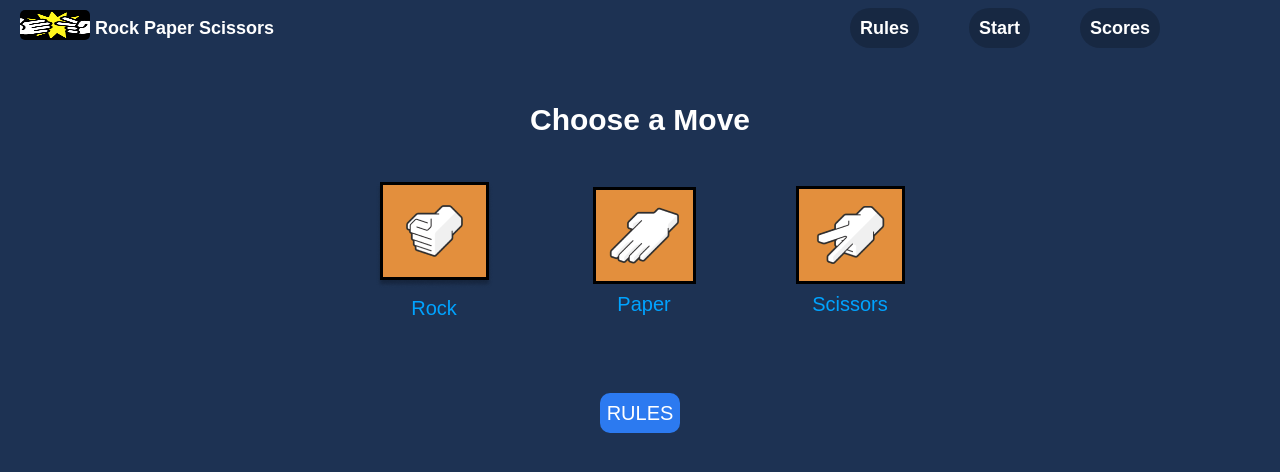
Repository: MikkyPrestige/rock-paper-scissors
Page: game.html
The author's editor kept a copy of each file at every save. The page is drawn from the files as they stood at one save, then again after the next save.
The browser window is 1280 px wide. The pictures show the whole page.

Above is the page before, as saved 2023-05-08 06:53:54.

After the next save:
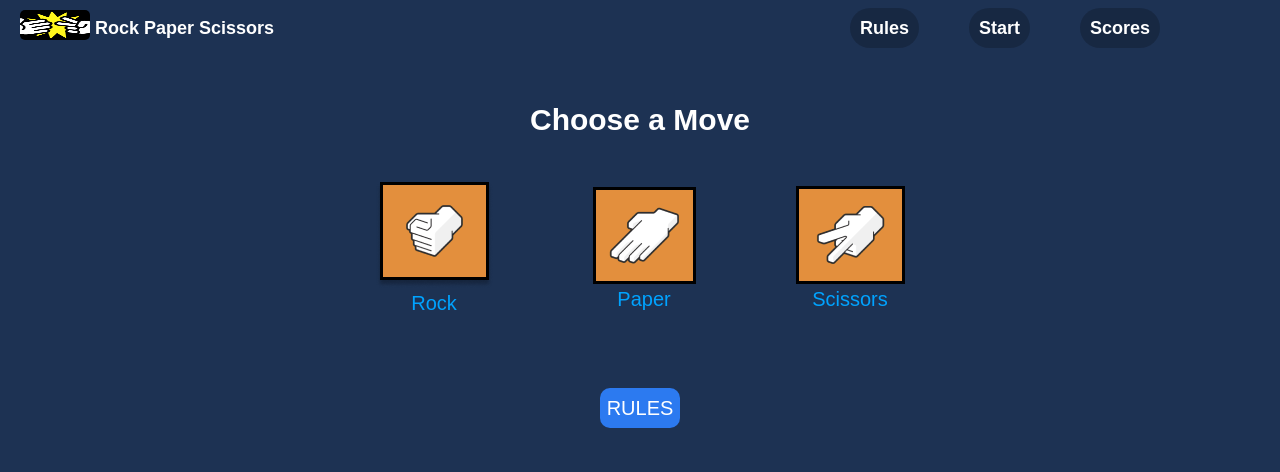
Saved 26 s later.
--- a/index.css
+++ b/index.css
@@ -282,7 +282,6 @@ li a:hover {
   flex-direction: column;
   justify-content: center;
   align-items: center;
-  gap: .5rem;
   cursor: pointer;
 }
 
